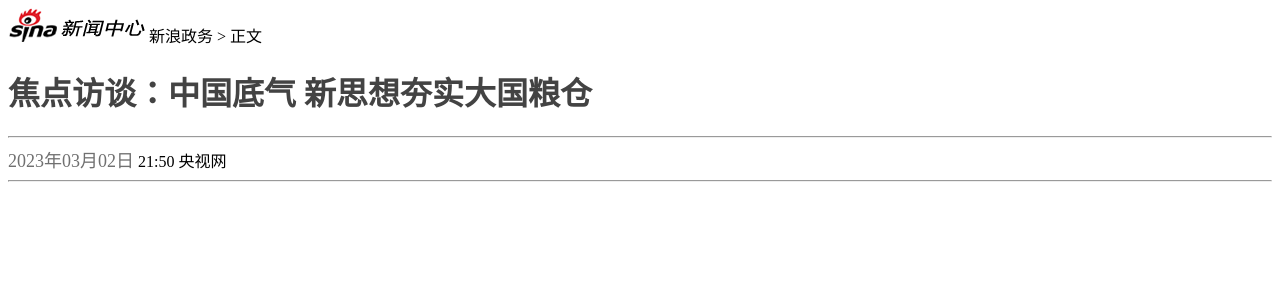
Repository: normalSp/HTMLLearn
Page: 02. 新浪新闻-标题-样式.html
An editor plug-in stored every save of this project. The page is shown before and after the next save, followed by the edit.
The browser window is 1280 px wide. The pictures show the whole page.

Above is the page before, as saved 2024-04-12 14:10:31.

After the next save:
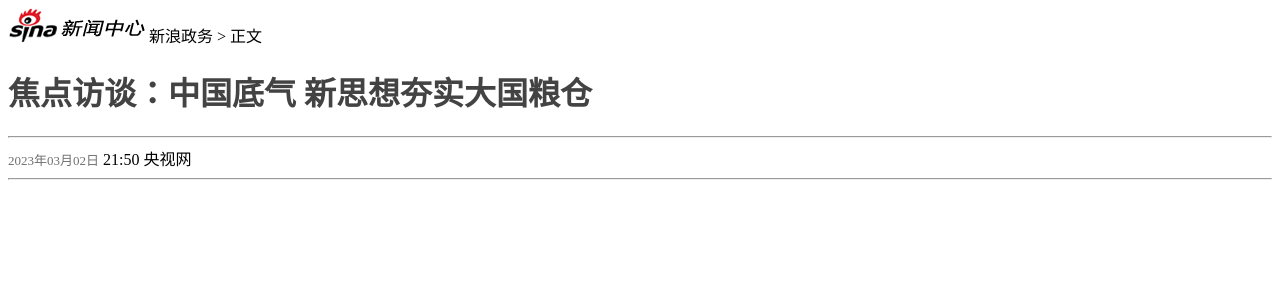
Saved 14 s later.
--- a/css/new.css
+++ b/css/new.css
@@ -7,5 +7,5 @@
 
 .date{
     color: #707070;
-    font-size: large;
+    font-size: small;
 }
